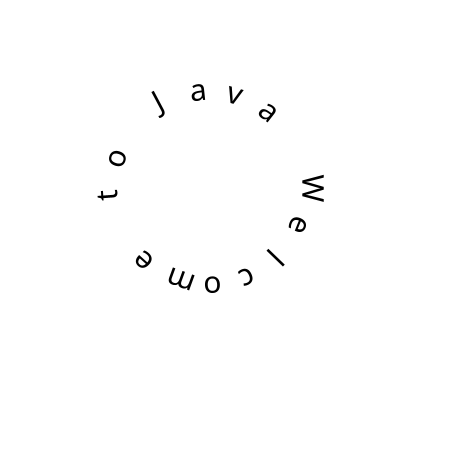
Repository: Mselenko/Java
Program's window: java w_5/JavaFx/src/task_3/CircleText.java
An editor plug-in stored every save of this project. The program's window is shown before and after the next save, followed by the edit.
It runs on Java 21 on a 1366 x 768 screen with JavaFX 11; the title bar is not drawn.

Above is the program's window before, as saved 2019-06-22 01:18:29.

### w_5/JavaFx/src/task_3/CircleText.java
package task_3;

import javafx.application.Application;
import javafx.geometry.Point2D;
import javafx.scene.Scene;
import javafx.scene.layout.Pane;
import javafx.scene.text.Font;
import javafx.scene.text.FontWeight;
import javafx.scene.text.Text;
import javafx.stage.Stage;



public class CircleText extends Application{

    @Override
    public void start(Stage stage)
    {

        Pane pane = new Pane();
        String[] java = "Welcome to Java".split("");
        Font font = Font.font("Times New Roman", 30);

        Point2D center = new Point2D(200, 200);

        double radius = 100;
        double angle = 0;
        double rotate = 90;

        for (int i = 0; i < java.length; i++, angle += 22, rotate += 22) {
            double x = center.getX() + radius * Math.cos(Math.toRadians(angle));
            double y = center.getY() + radius * Math.sin(Math.toRadians(angle));
            Text text = new Text(x, y,java[i]);
            text.setRotate(rotate);
            text.setFont(font);
            pane.getChildren().add(text);

        }

        Scene scene = new Scene(pane, 450, 450);

        stage.setTitle("Circle Text");
        stage.setScene(scene);
        stage.show();
    }

    public static void main(String[] args)
    {
        launch(args);
    }
}

After the next save:
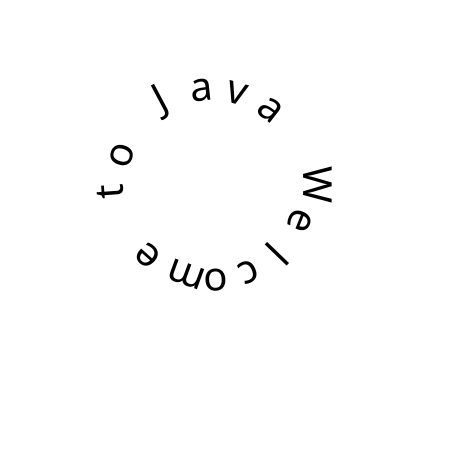
Saved 8 s later.
--- a/w_5/JavaFx/src/task_3/CircleText.java
+++ b/w_5/JavaFx/src/task_3/CircleText.java
@@ -19,7 +19,7 @@
 
         Pane pane = new Pane();
         String[] java = "Welcome to Java".split("");
-        Font font = Font.font("Times New Roman", 30);
+        Font font = Font.font("Times New Roman", 40);
 
         Point2D center = new Point2D(200, 200);
 
